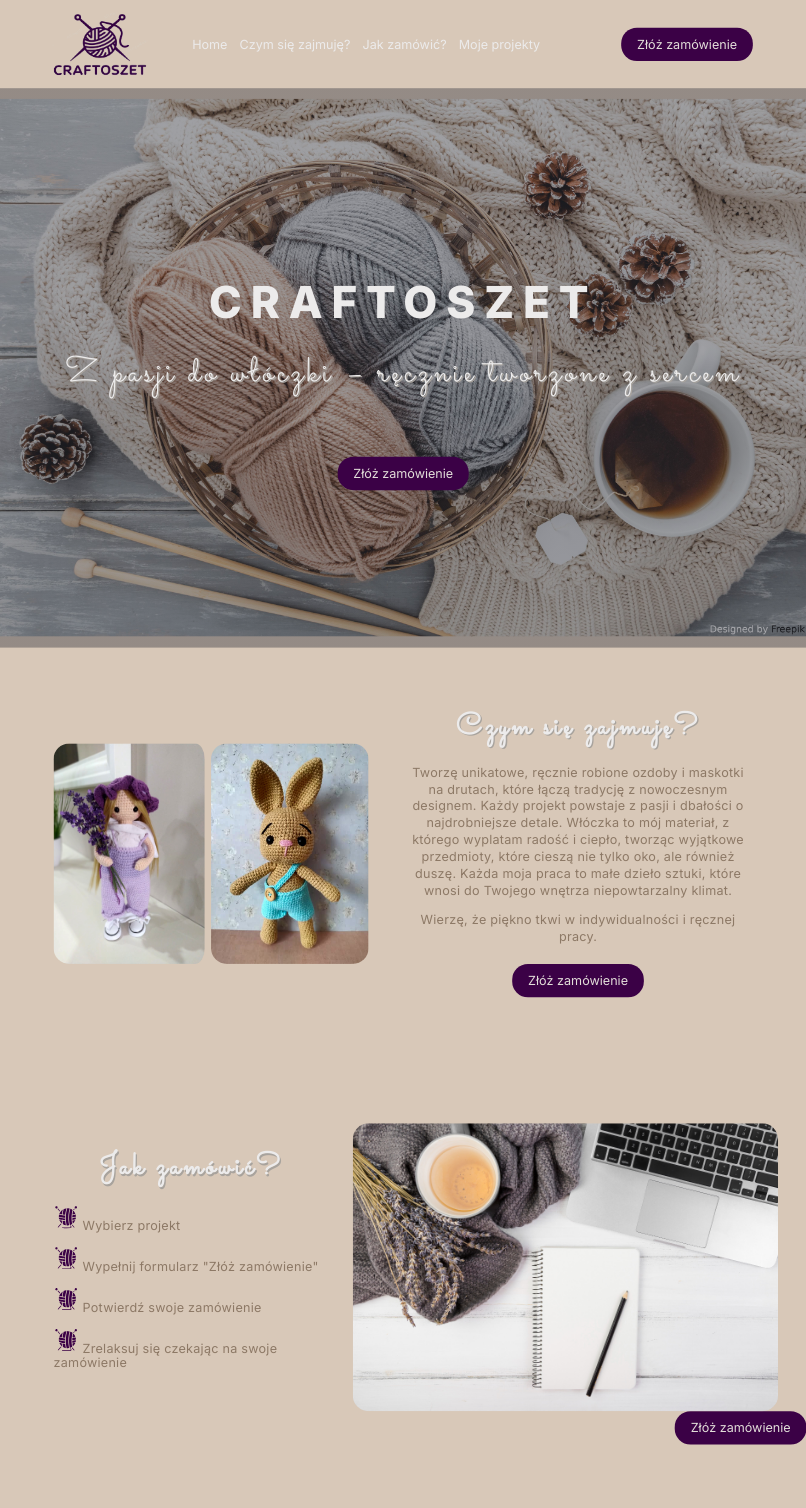
Repository: KlaudiaK0205/Craftoszet
Page: index.html
These files come from the project's save history. The page is drawn as it stood at one moment and after a run of saves; the edit follows.
The browser window is 1280 px wide. The pictures show the whole page, at 63% of full size.
Some web libraries are served in a nearby version. The style sheet was rebuilt from its Sass, Less or Tailwind sources for each picture, by a compiler version that may differ from the author's.

Above is the page before, as saved 2024-10-06 13:50:40.

After the next 4 saves:
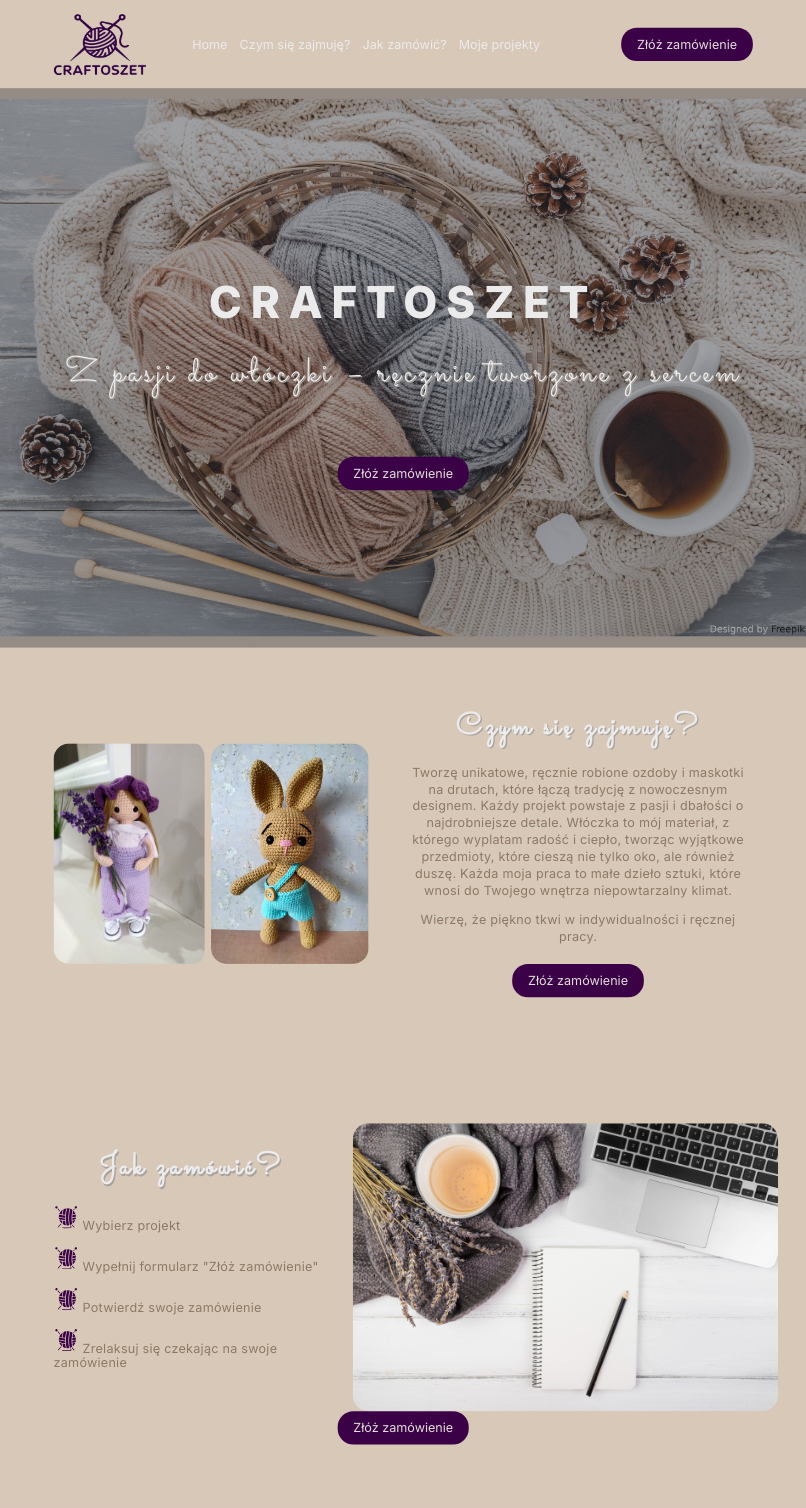
The 4 saves are shown as one change because they came seconds apart.
The last was saved 12 s later.
--- a/sass/layout/_howOrder.scss
+++ b/sass/layout/_howOrder.scss
@@ -32,5 +32,7 @@
 
 }
 .howOrder .orderBtn {
-    display: block;
+    display: flex;
+    margin-left: auto;
+    margin-right: auto;
 }
